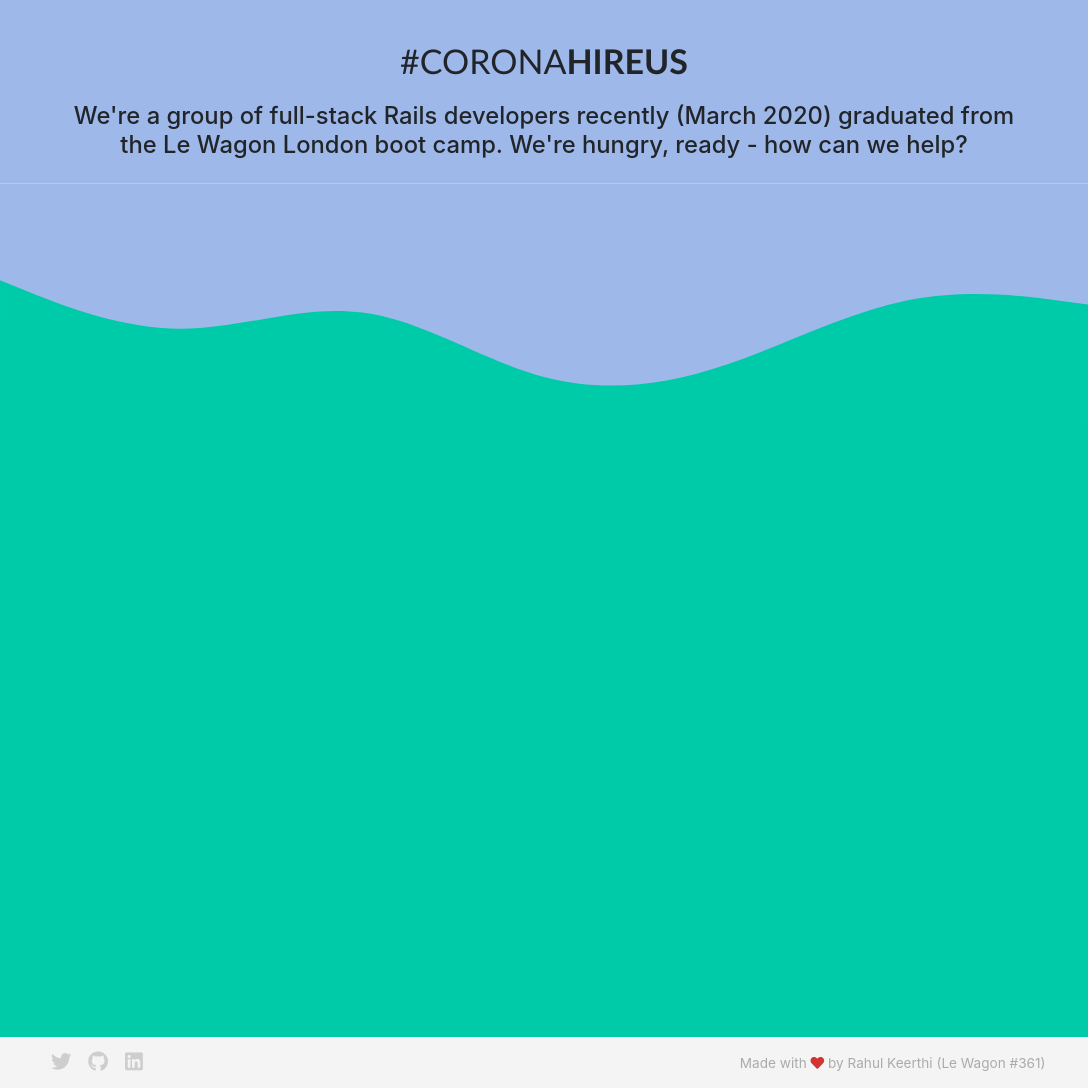
Repository: rahulkeerthi/coronahireus
Page: index.html
An editor plug-in stored every save of this project. The page is shown before and after the next save, followed by the edit.
The browser window is 1280 px wide. The pictures show the whole page, at 85% of full size.
Some web libraries are served in a nearby version.

Above is the page before, as saved 2020-03-27 23:10:26.

After the next save:
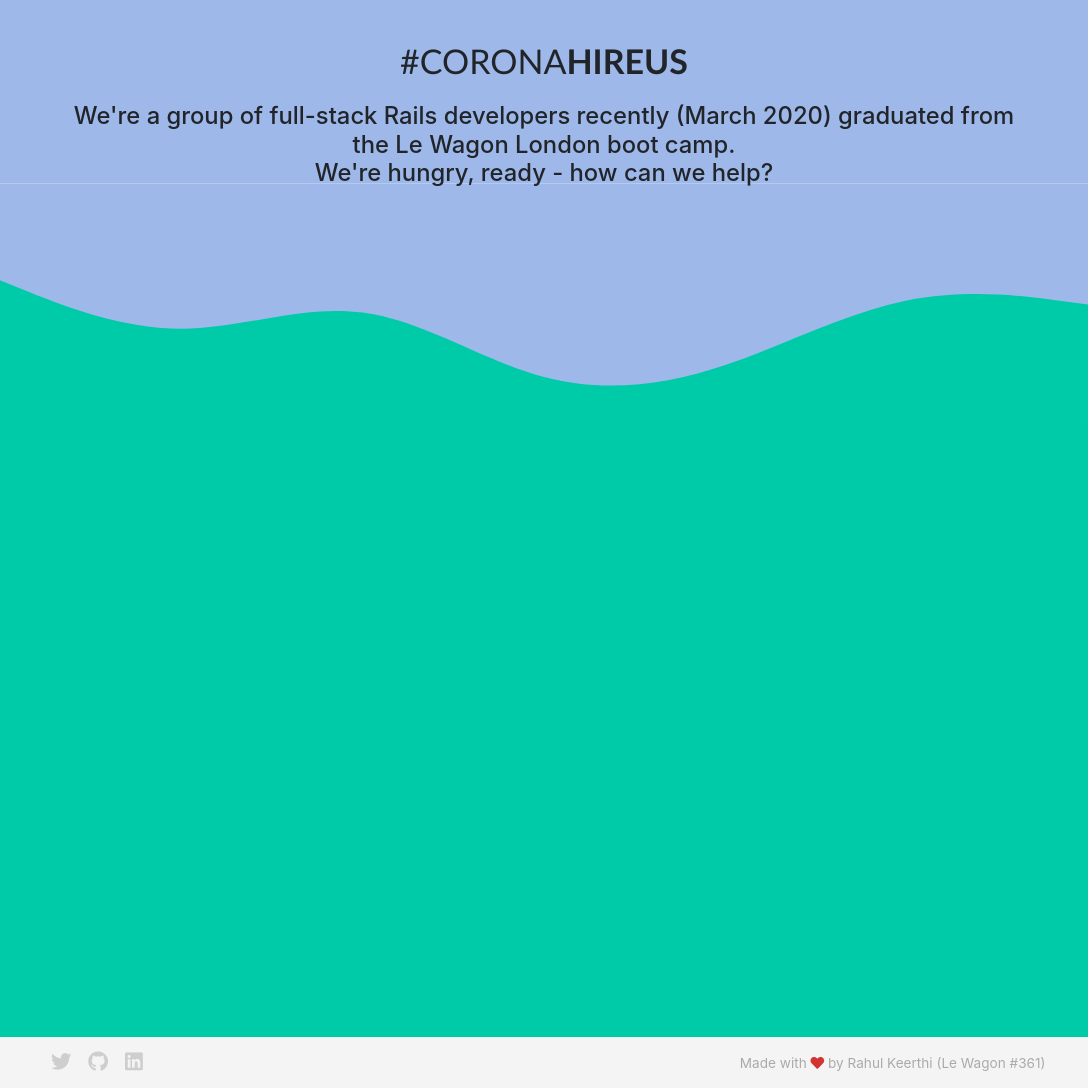
Saved 5 s later.
--- a/index.html
+++ b/index.html
@@ -16,7 +16,7 @@
         <div class="wrapper">
             <div class="sky text-center">
                 <h1 class="pt-5">#CORONA<strong>HIREUS</strong></h1>
-                <h3 class="container py-3">We're a group of full-stack Rails developers recently (March 2020) graduated from the Le Wagon London boot camp. We're hungry, ready - how can we help?</h3>
+                <h3 class="container py-3">We're a group of full-stack Rails developers recently (March 2020) graduated from the Le Wagon London boot camp. <br>We're hungry, ready - how can we help?</h3>
             </div>
             <div class="hills">
                 <svg xmlns="http://www.w3.org/2000/svg" viewBox="0 0 1440 320"><path fill="#00cba9" fill-opacity="1" d="M0,128L40,144C80,160,160,192,240,192C320,192,400,160,480,170.7C560,181,640,235,720,256C800,277,880,267,960,240C1040,213,1120,171,1200,154.7C1280,139,1360,149,1400,154.7L1440,160L1440,320L1400,320C1360,320,1280,320,1200,320C1120,320,1040,320,960,320C880,320,800,320,720,320C640,320,560,320,480,320C400,320,320,320,240,320C160,320,80,320,40,320L0,320Z"></path></svg>
